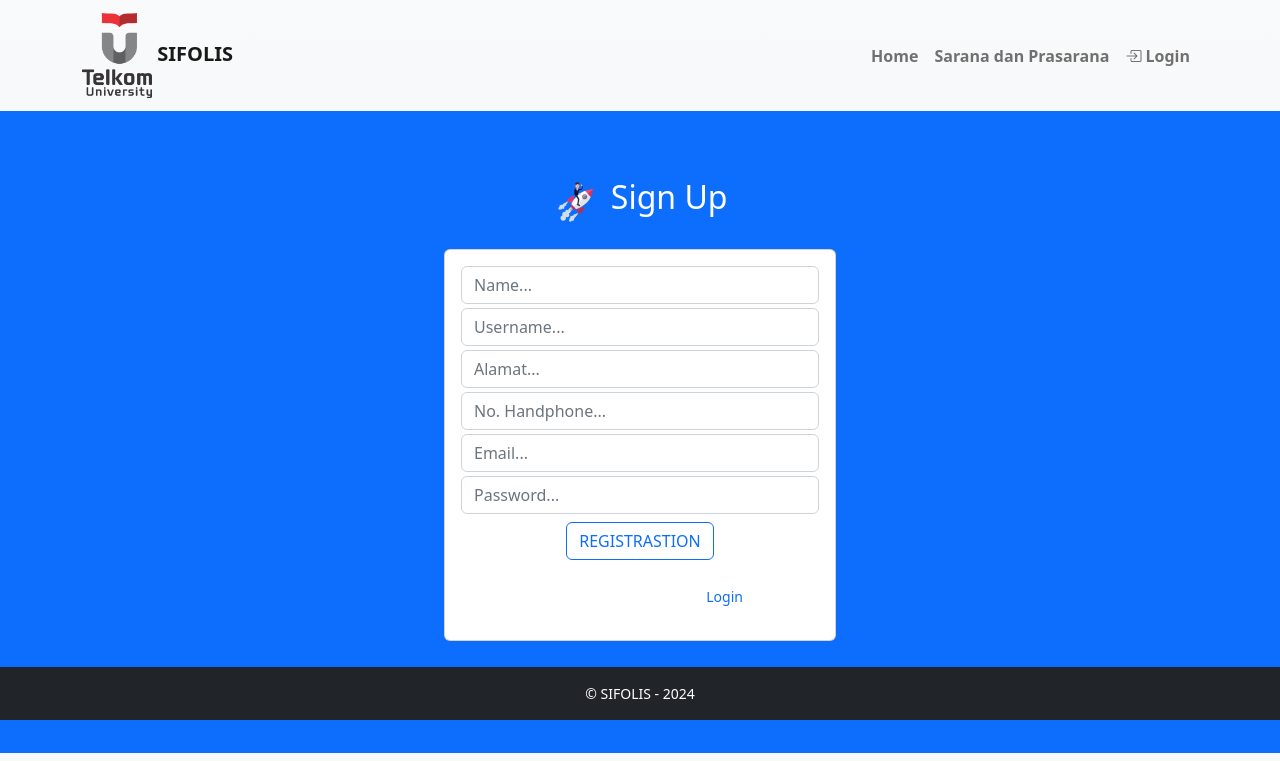
Repository: Audi87/uas_framework
Page: http://localhost/registrasi
These files come from the project's save history. The page is drawn as it stood at one moment and after the next save; the edit follows.
The browser window is 1280 px wide. The pictures show the whole page.
Some web libraries are served in a nearby version. The page is served by the project's Laravel application, run on PHP 8.4 with Laravel 10.

Above is the page before, as saved 2024-06-13 21:28:01.

After the next save:
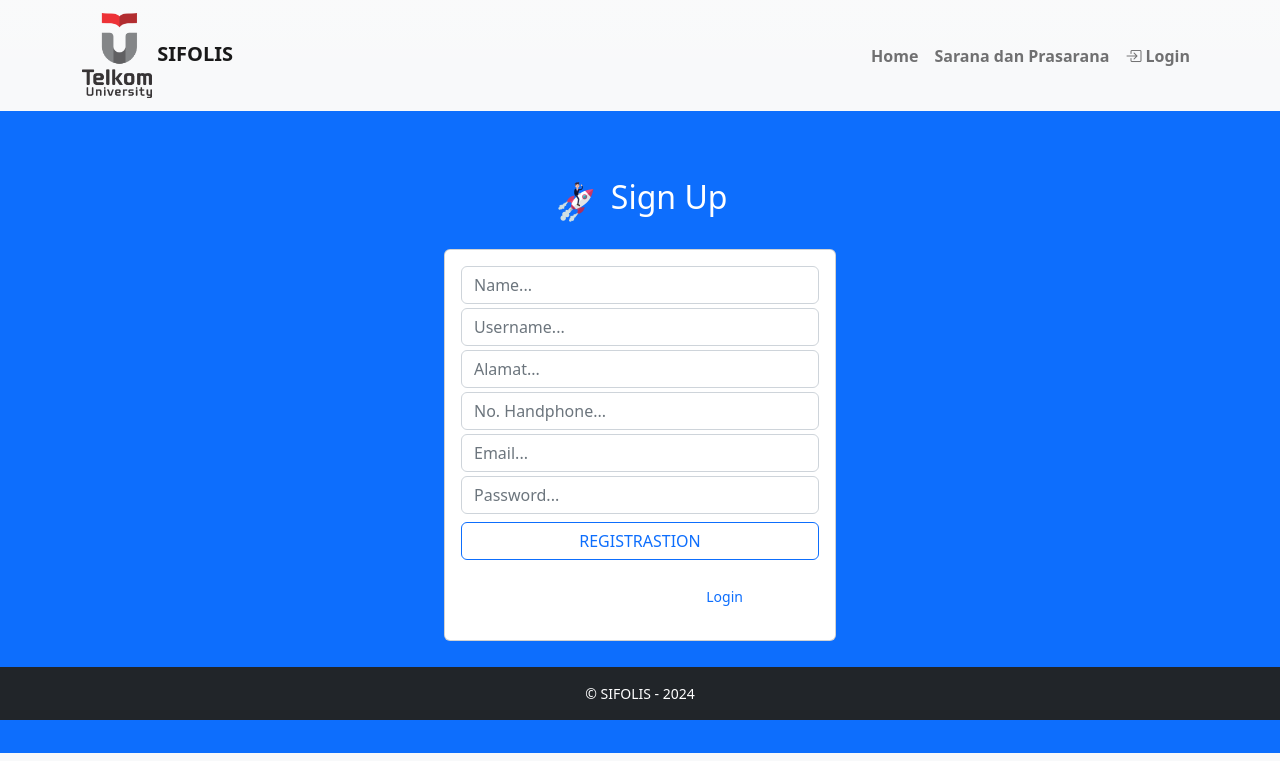
Saved 8 s later.
--- a/resources/views/registrasi/registrasi.blade.php
+++ b/resources/views/registrasi/registrasi.blade.php
@@ -66,7 +66,7 @@
                                 @enderror
                             </div>
                             <div class="mb-4">
-                                <button class="btn btn-outline-primary w-10" type="submit">REGISTRASTION</button>
+                                <button class="btn btn-outline-primary w-100" type="submit">REGISTRASTION</button>
                             </div>
                             <div>
                                 <p><small>already have an account? <a href="login" class="text-decoration-none">Login</a></small></p>
